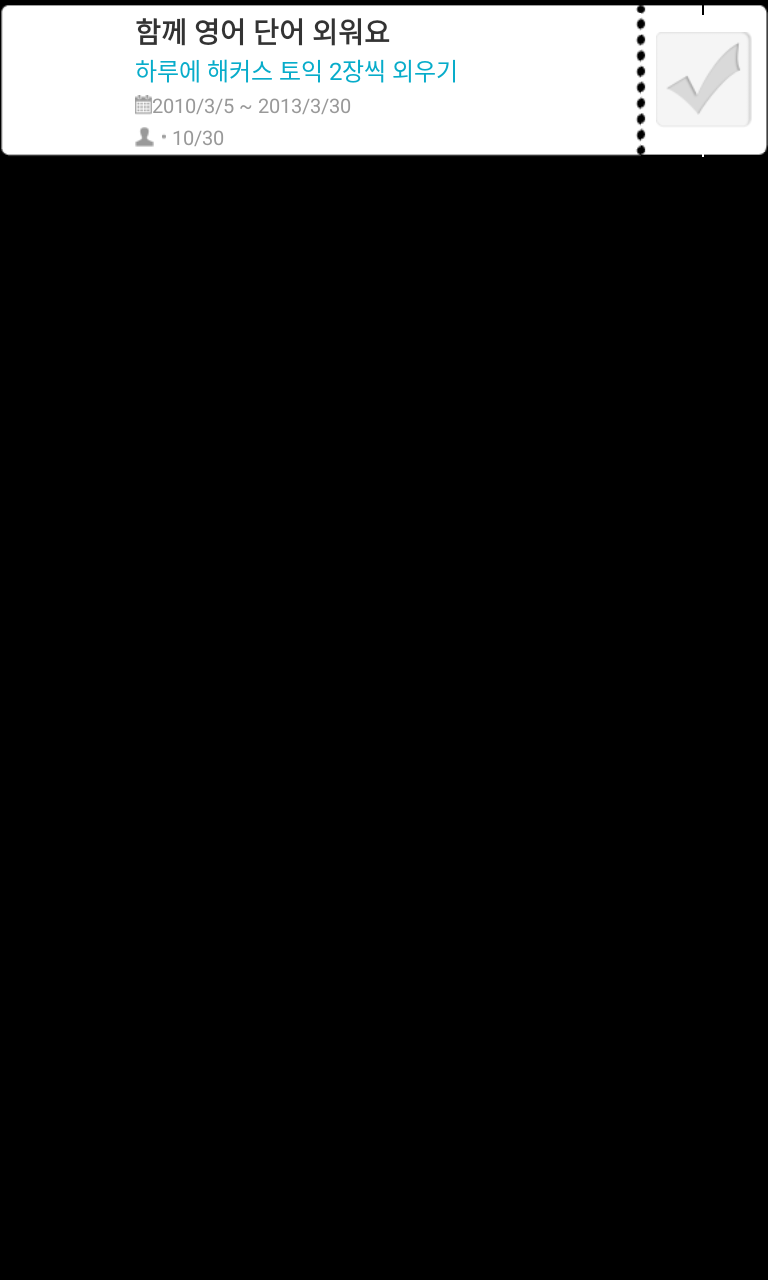
Repository: belhyun/witherest-android
Layout: Witherest/res/layout/mycheck_list_item_row.xml
The author's editor kept a copy of each file at every save. The layout is drawn from the files as they stood at one save, then again after the next save.
It is drawn on a 768 x 1280 px phone screen (xhdpi) without system bars, with theme android:Theme.Holo; the app's code is not run.

Above is the layout before, as saved 2013-07-06 09:49:15.

After the next save:
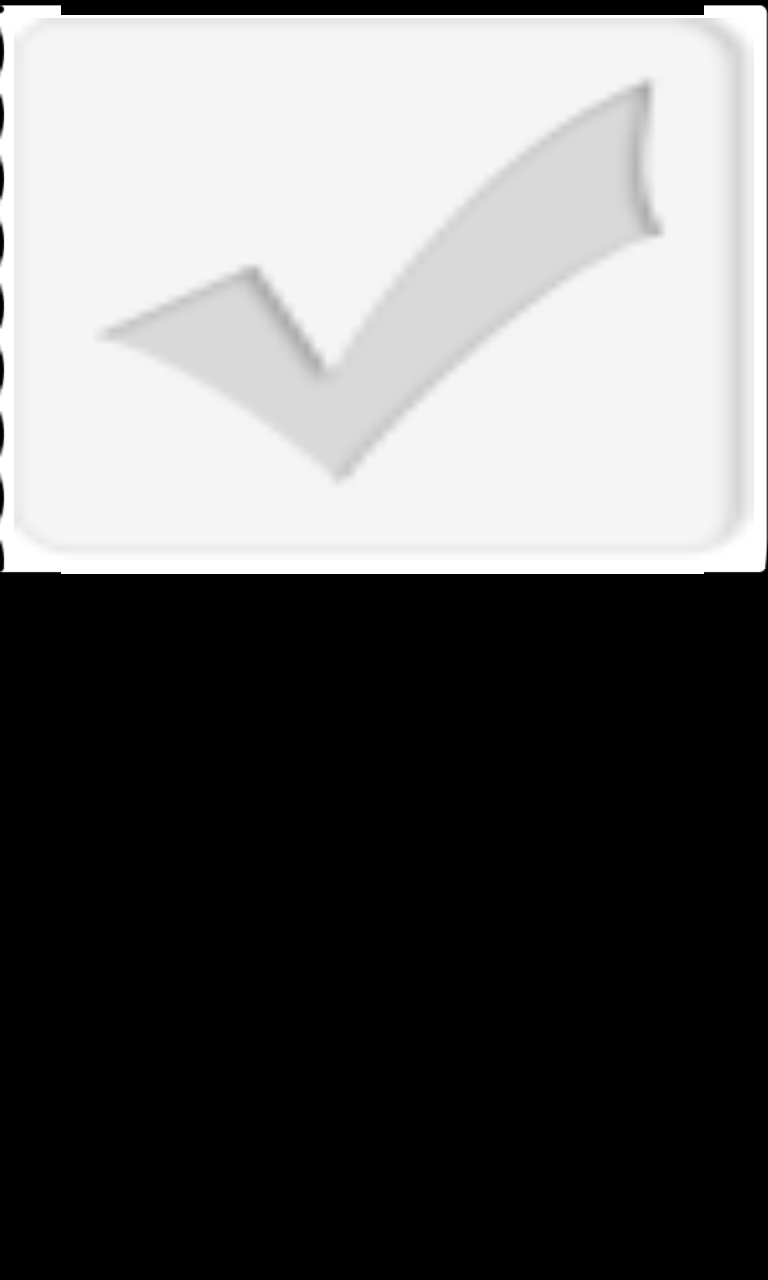
Saved 2 min 4 s later.
--- a/Witherest/res/layout/mycheck_list_item_row.xml
+++ b/Witherest/res/layout/mycheck_list_item_row.xml
@@ -146,8 +146,9 @@
 
             <CheckBox
                 android:id="@+id/mycheck_check_btn"
-                android:layout_width="wrap_content"
-                android:layout_height="wrap_content"
+                android:layout_width="fill_parent"
+                android:layout_height="fill_parent"
+                android:layout_margin="4dp"
                 android:background="@drawable/mycheck_check_button_of_off"
                 android:button="@drawable/checkbox_bg" />
         </RelativeLayout>

After the 3 saves that followed:
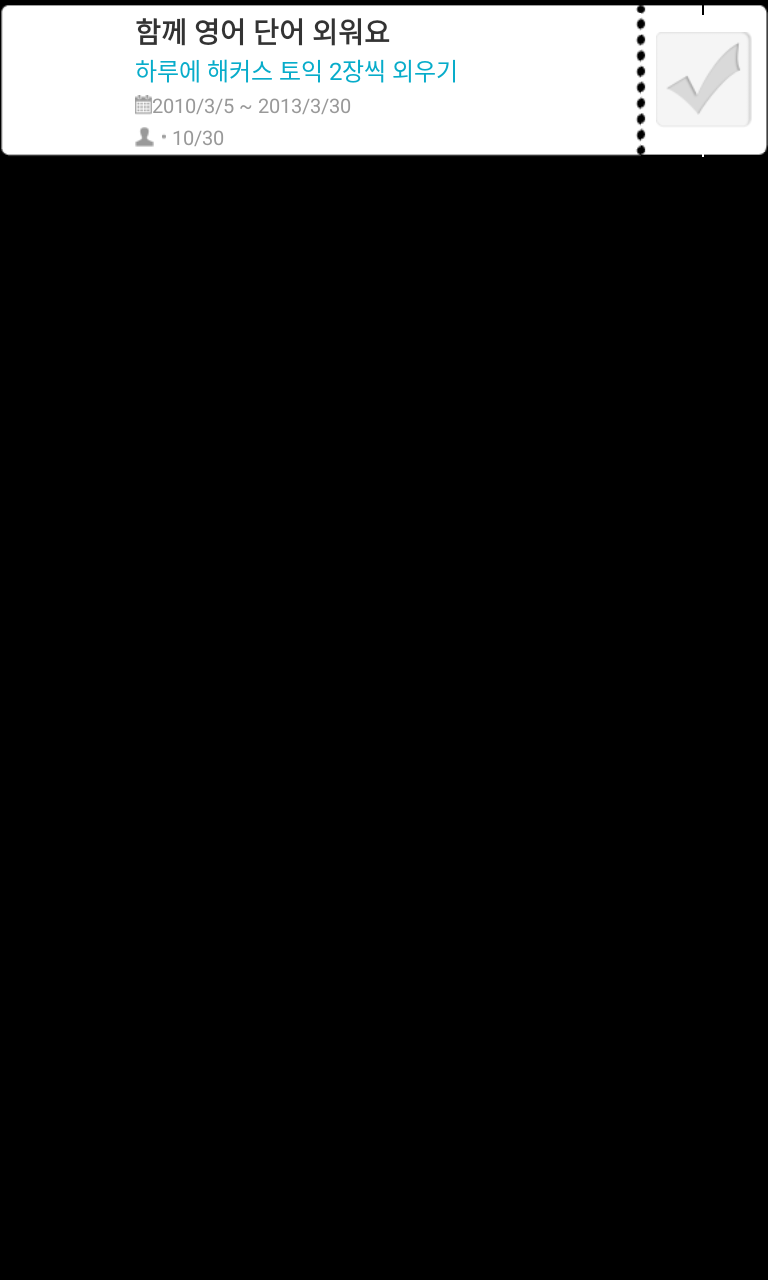
The 3 saves are shown as one change because 2 left the picture as it was.
The last was saved 2 min 45 s later.
--- a/Witherest/res/layout/mycheck_list_item_row.xml
+++ b/Witherest/res/layout/mycheck_list_item_row.xml
@@ -138,6 +138,7 @@
             android:layout_width="wrap_content"
             android:layout_height="wrap_content"
             android:layout_alignParentRight="true"
+
             android:layout_alignTop="@id/mycheck_row_left_contaniner"
             android:layout_alignBottom="@id/mycheck_row_left_contaniner"
             android:background="@drawable/main_checkbutton_bg2"
@@ -146,8 +147,8 @@
 
             <CheckBox
                 android:id="@+id/mycheck_check_btn"
-                android:layout_width="fill_parent"
-                android:layout_height="fill_parent"
+                android:layout_width="wrap_content"
+                android:layout_height="wrap_content"
                 android:layout_margin="4dp"
                 android:background="@drawable/mycheck_check_button_of_off"
                 android:button="@drawable/checkbox_bg" />
